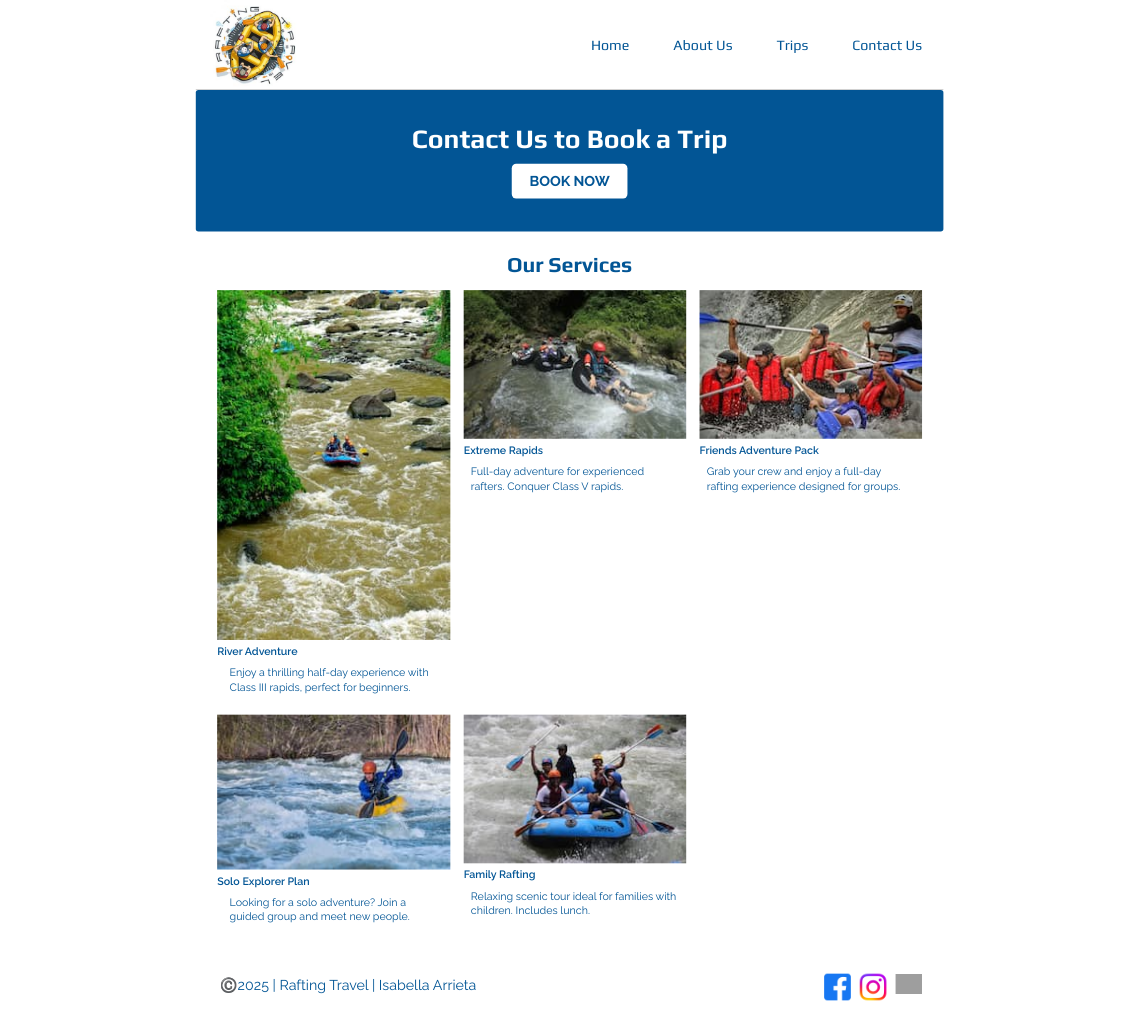
Repository: isaAJ05/wdd130
Page: wwr/trips.html
The author's editor kept a copy of each file at every save. The page is drawn from the files as they stood at one save, then again after the next save.
The browser window is 1280 px wide. The pictures show the whole page, at 89% of full size.
Pictures or frames that could not be fetched are drawn as grey boxes.

Above is the page before, as saved 2025-06-16 23:32:07.

After the next save:
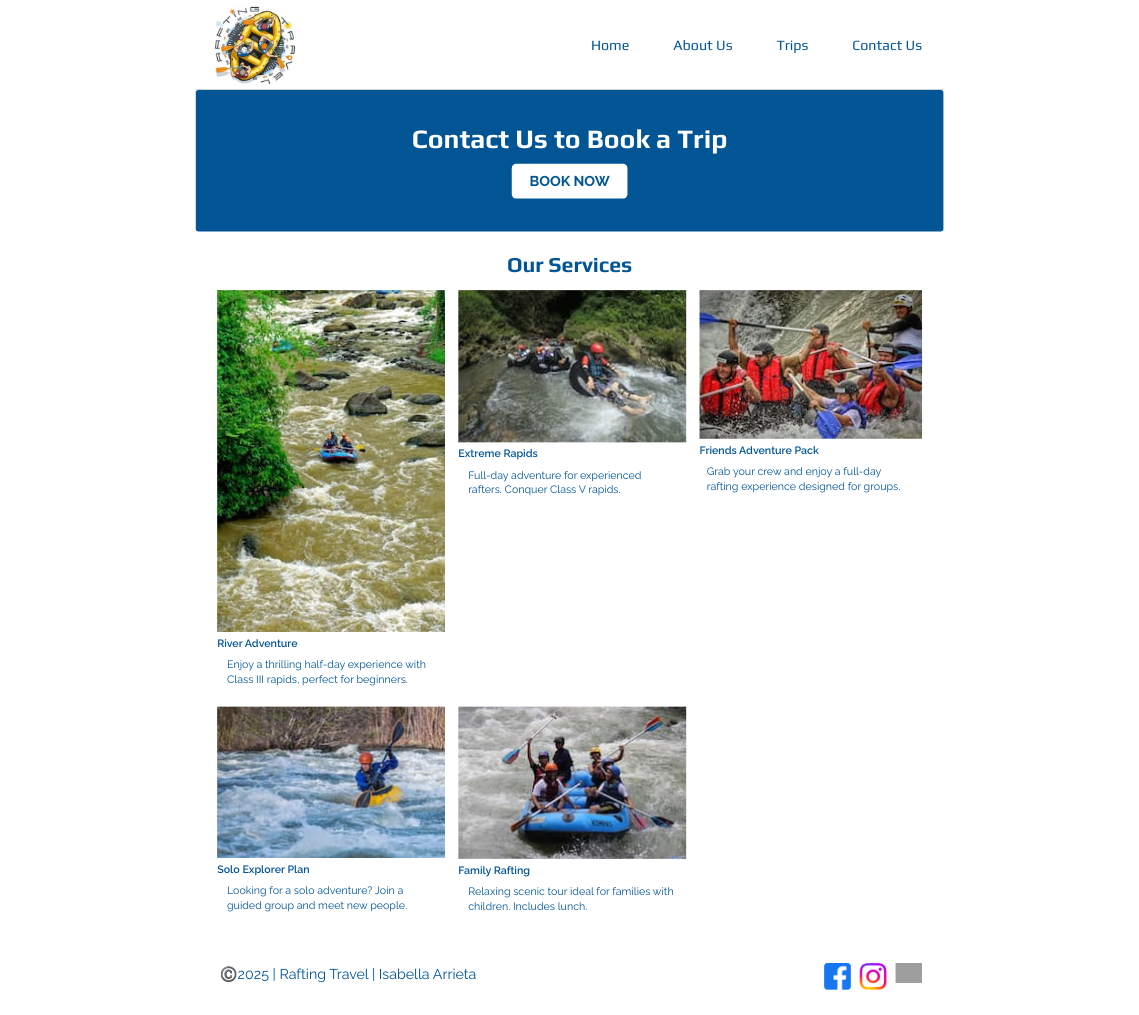
Saved 7 s later.
--- a/wwr/styles/rafting.css
+++ b/wwr/styles/rafting.css
@@ -529,7 +529,7 @@ input[type="radio"]{
 
 .services {
     display: grid;
-    grid-template-columns: 2fr 1fr 1fr;
+    grid-template-columns: 2fr 2fr 1fr;
     grid-gap: 15px;
 }
 .services h2{

After the save that followed:
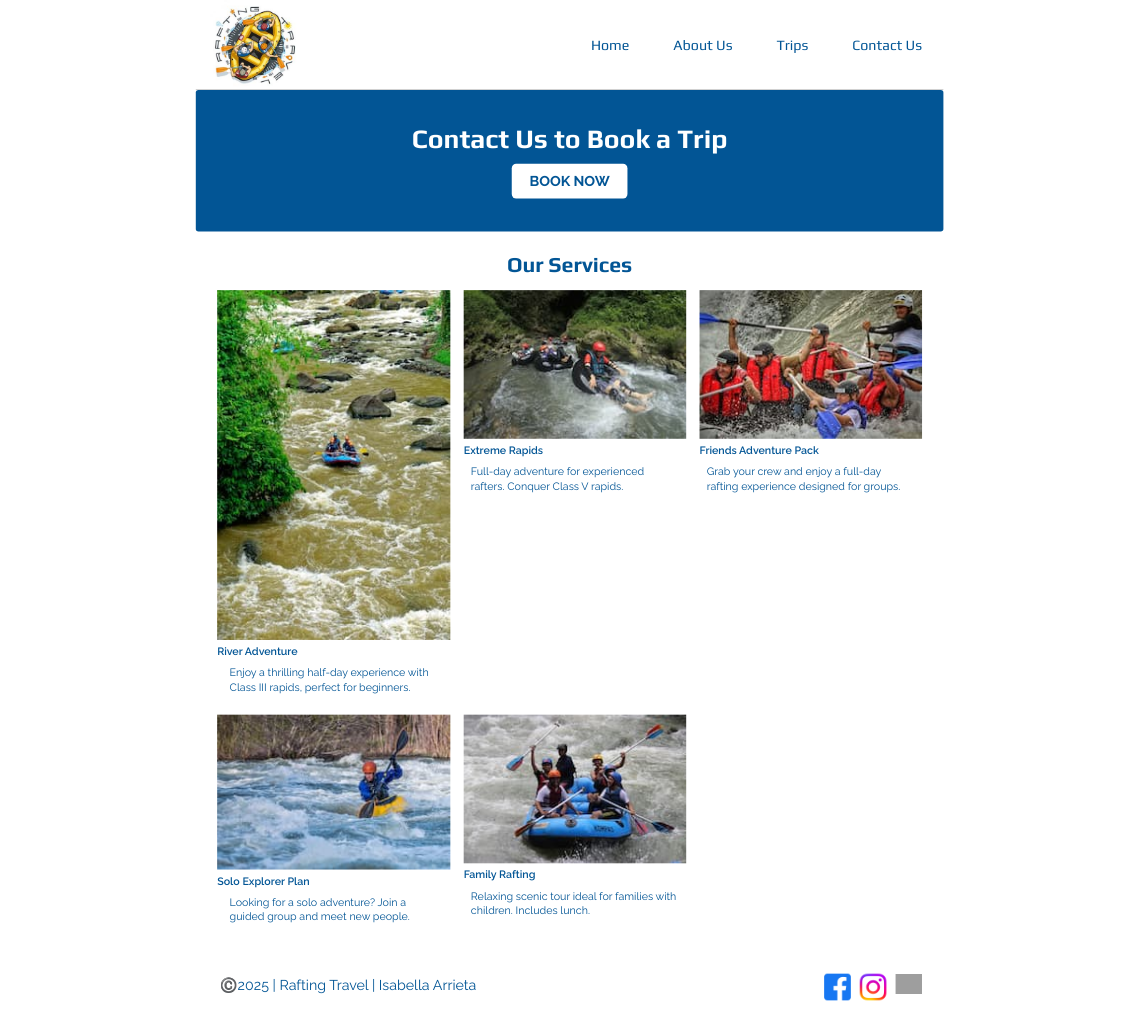
Saved 4 s later.
--- a/wwr/styles/rafting.css
+++ b/wwr/styles/rafting.css
@@ -529,7 +529,7 @@ input[type="radio"]{
 
 .services {
     display: grid;
-    grid-template-columns: 2fr 2fr 1fr;
+    grid-template-columns: 2fr 1fr 1fr;
     grid-gap: 15px;
 }
 .services h2{
